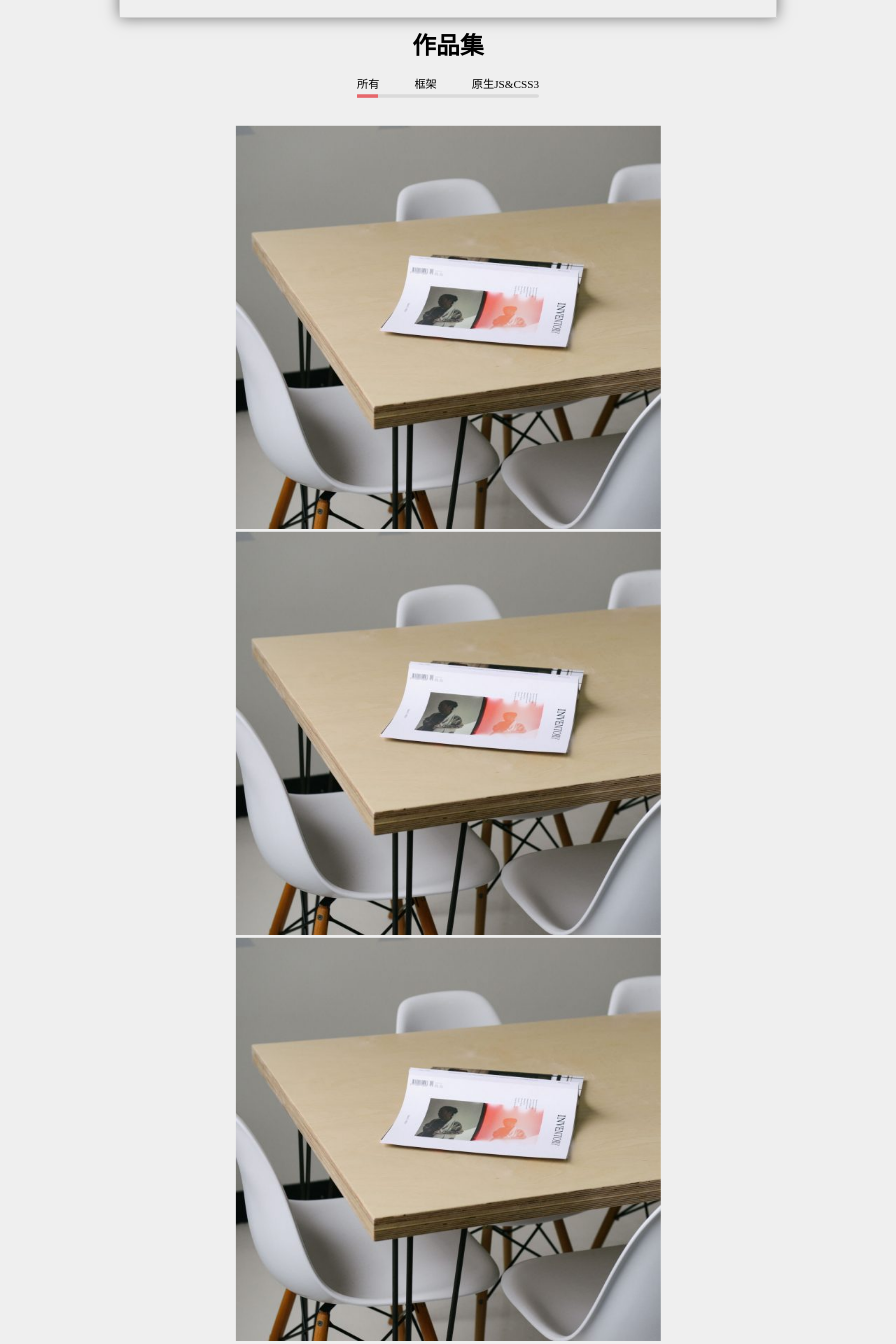
Repository: yorkHan/resume
Page: index.html
The author's editor kept a copy of each file at every save. The page is drawn from the files as they stood at one save, then again after a run of saves.
The browser window is 1280 px wide. The pictures show the part of the page from y = 1204 to 3124 px (the page is 3124 px tall before and 2528 px after), at 70% of full size.

Above is the page before, as saved 2018-04-10 14:00:54.

### index.html
<!DOCTYPE html>
<html lang="en">
<head>
    <meta charset="UTF-8">
    <meta name="viewport" content="width=device-width, initial-scale=1.0">
    <meta http-equiv="X-UA-Compatible" content="ie=edge">
    <title>Document</title>
    <link rel="stylesheet" href="./1.css">
    <script src="//at.alicdn.com/t/font_621912_9r2kl0u76xzb0529.js"></script>
    <style type="text/css">
        .icon {
           width: 1em; height: 1em;
           vertical-align: -0.15em;
           fill: currentColor;
           overflow: hidden;
        }
    </style>
</head>
<body>
    <div class="topNavBar clearfix">
        <div class="topNavBar-inner clearfix">
            <a class="logo" href="#" alt="logo" style="float:left;">
                <span class="rs">York</span><span class="card">H</span>
            </a>
            <nav>
                <ul class="clearfix" style="float: right;">
                    <li><a href="#">关于</a></li>
                    <li><a href="#">技能</a></li>
                    <li><a href="#">作品</a></li>
                    <li><a href="#">博客</a></li>
                    <li><a href="#">日历</a></li>
                    <li><a href="#">联系方式</a></li>
                    <li><a href="#">其他</a></li>
                </ul>
            </nav>
        </div>
    </div>
    <div class="banner" style="background-image: url(./images/3.jpg)">
        <div class="mask"></div>
    </div>
    <main>
        <div class="usercard">
            <div class="textAndPicture clearfix">
                <div class="pic">
                    <img src="./images/avatar.png" style="width:299px;height:347px" alt="头像">
                </div>
                <div class="text">
                    <div class="profile">
                    <span class="welcome">Hello
                        <span class="triangle"></span>
                    </span>
                    <h1>韩禹</h1>
                    <p>Web前端开发工程师</p>
                    <hr>
                    <dl>
                        <dt>年龄</dt>
                        <dd>24</dd>
                        <dt>所在时间</dt>
                        <dd>苏州</dd>
                        <dt>E-mail</dt>
                        <dd>393900482@qq.com</dd>
                        <dt>手机号码</dt>
                        <dd>17315041620</dd>
                    </dl>
                </div>
                </div>
            </div>
            <footer class="media">
                <a href="#">
                    <svg class="icon" aria-hidden="true">
                        <use xlink:href="#icon-github"></use>
                    </svg>
                </a>
                <a href="#">
                    <svg class="icon" aria-hidden="true">
                        <use xlink:href="#icon-dianhua"></use>
                    </svg>
                </a>
                <a href="#">
                    <svg class="icon" aria-hidden="true">
                        <use xlink:href="#icon-youjian"></use>
                    </svg>
                </a>
                <a href="#">
                    <svg class="icon" aria-hidden="true">
                        <use xlink:href="#icon-hexo"></use>
                    </svg>
                </a>
                <a href="#">
                    <svg class="icon" aria-hidden="true">
                        <use xlink:href="#icon-msnui-logo-qq"></use>
                     </svg>
                </a>
                <a href="#">
                    <svg class="icon" aria-hidden="true">
                        <use xlink:href="#icon-gongzhonghao"></use>
                    </svg>
                </a>
                <a href="#">
                    <svg class="icon" aria-hidden="true">
                        <use xlink:href="#icon-weibo"></use>
                    </svg>
                </a>
            </footer>
        </div>
        <p style="text-align: center;">
            <a class="downloadResume" href="./resume.pdf" target="_blank" download>下载PDF简历</a>
        </p>
        <p class="selfIntroduction">
            你好！我是韩禹，我是个Web前端开发工程师。
        </p>
    </main>
    <section class="skills">
        <h2>技能</h2>
        <ol class="clearfix">
            <li>
                <h3>HTML &amp; CSS3</h3>
                <div class="progressBar">
                    <div class="progress" style="width:80%">
                    </div>
                </div>
            </li>
            <li>
                <h3>JavaScript</h3>
                <div class="progressBar">
                        <div class="progress" style="width:80%">
                        </div>
                    </div>
            </li>
            <li>
                <h3>jQuery</h3>
                <div class="progressBar">
                    <div class="progress"style="width:80%">
                    </div>
                </div>
            </li>
            <li>
                <h3> Vue</h3>
                <div class="progressBar">
                    <div class="progress" style="width:80%">
                    </div>
                </div>
            </li>
            <li>
                <h3>React</h3>
                <div class="progressBar">
                    <div class="progress"style="width:80%">
                    </div>
                </div>
            </li>
            <li>
                <h3> HTTP</h3>
                <div class="progressBar">
                    <div class="progress"style="width:50%">
                    </div>
                </div>
            </li>
        </ol>
    </section>
    <section  class="portfolio">
        <h2>作品集</h2>
        <nav>
            <ol class="clearfix">
                <li id="portfolioAll">所有</li>
                <li id="portfolioFramework">框架</li>
                <li id="portfolioValina">原生JS&amp;CSS3</li>
            </ol>
            <div id="bar" class="bar state-1">
                <div class="barInner"></div>
            </div>
        </nav>
        <div class="jobs">
            <div class="big"><img src="./images/big.jpg" alt=""></div>
            <div class='small'><img src="./images/big.jpg" alt=""></div>
            <div class="small"><img src="./images/big.jpg" alt=""></div>
        </div>
    </section>
    <script>
        portfolioAll.onclick=function(){
            bar.className=("bar state-1");
        }
        portfolioFramework.onclick=function(){
            bar.className=("bar state-2");
        }
        portfolioValina.onclick=function(){
            bar.className=("bar state-3");
        }
    </script>
</body>
</html>

### 1.css
body{
    background-color: #EFEFEF;
    margin: 0;
}
*{
    margin: 0;
    padding: 0;
}
h1,h2,h3,h4,h5,h6{
    font-weight: normal;
}
a{
    color: inherit;
    text-decoration: none;
}
.clearfix::after{
    content: '';
    display: block;
    clear: both;
}
.topNavBar{
    padding: 20px 0px 20px 0px;
    position: fixed;
    top:0;
    left:0;
    width:100%;
}
.topNavBar-inner{
    padding: 0 16px;
}
.topNavBar nav>ul{
    list-style: none;
    margin: 0;
    padding: 0;
}
.topNavBar nav>ul>li{
    float: left;

}
.topNavBar nav>ul>li>a{
    display: block;
    font-size: 16px;
    font-weight: bold;
    color:#c1c3c7;
    margin-left: 17px;
    margin-right: 17px;
    padding-top: 5px;
    padding-bottom: 5px;
    border-top:3px solid transparent;
    border-bottom:3px solid transparent;
}
.topNavBar nav>ul>li>a:hover{
    border-bottom:3px solid #E8676B;
}
.topNavBar .logo{
    font-family: "Arial Rounded MT Bold";
    font-size: 30px;
}
.topNavBar .logo .rs{
    margin-right: 4px;
    color:#E8676B;
}
.topNavBar .logo .card {
    color:#c1c3c7;
}
.banner{
    height: 515px;
    background-position: center center;
    background-size:cover;
}
.banner .mask{
    height: 515px;
    background-color: rgba(0, 0, 0, 0.26);
}
.usercard{
    max-width: 940px;
    margin-left: auto;
    margin-right: auto;
    margin-top: -360px;
    box-shadow: 0px 0px 20px 0px rgba(0,0,0,0.75);
}
.text .welcome{
    padding: 4px 16px;
    line-height: 22px;
    display: inline-block;
    background-color: #E8676B;
    color: white;
    position: relative;
}
.text h1{
    margin-top:18px;
    font-family: sans-serif;
}
hr{
    height: 0;
    border:none;
    border-top: 1px solid #DEDEDE;
}

.triangle{
    display: block;
    border: 10px solid transparent;
    width: 0;
    border-left-color:#E8676B;
    border-top:0;
    position: absolute;
    top:100%;
}
.usercard .pic{
    float: left;
}
.usercard .text{
    float: left;
    margin-left: 65px;
    width: 470px;
}
.usercard .text hr{
    margin: 20px 0px;
}
.usercard footer.media {
    background: #E8676B;
    padding: 20px;
    text-align: center;
}
.usercard footer.media>a {
    display: inline-block;
    border-radius: 50%;
    width: 40px;
    line-height: 20px;
    padding: 10px 0;
    margin: 0 20px;
}
.usercard footer.media>a:hover{
    background: rgb(223, 51, 56);
}
.usercard svg{
    width: 20px;
    height: 20px;
    fill: white;
    vertical-align: top;
}
.textAndPicture{
    background-color: #FFF;
    padding: 50px;
}
.usercard dl dt{
    float: left;
    width: 40%;
    padding: 5px 0;
    font-weight: bold;
    font-family: sans-serif;
}
.usercard dl dd{
    float: left;
    width: 60%;
    padding: 5px 0;
    color: gray;
}
body>main .downloadResume{
    display: inline-block;
    border: 1px solid rgba(128, 128, 128, 0.438);
    padding: 20px 40px;
    margin: 30px 0;
    border-radius: 3px;
    color: rgba(71, 37, 37, 0.575);
    font-size: 14px;
    font-weight: bold;
    transition: box-shadow 0.2s;
}
body>main .downloadResume:hover{
    box-shadow: 0px 5px 10px -1px rgba(0,0,0,0.5);}
.selfIntroduction{
    max-width: 940px;
    margin: 40px auto;
    text-align: center;
    font-family: WenQuanYi Micro Hei Mono;
    line-height: 1.8;
    font-size: 18px;
}
section.skills{
    max-width: 940px;
    margin-left: auto;
    margin-right: auto;
}
section.portfolio>h2,
section.skills>h2{
    font-size:34px;
    line-height: 1.2;
    font-weight:600;
    text-align: center;
    margin: 20px 0px;
}
section.skills h3{
    font-size: 14px;
}
section.skills>ol{
    box-shadow: 0px 0px 20px 0px rgba(0, 0, 0, 0.514);
    list-style: none;
    border: 1px solid rgba(128, 128, 128, 0.397);
    padding: 42px 50px 10px 50px;
}
section.skills>ol>li{
    float: left;
    width: 48%;
    box-sizing: border-box;
}
section.skills>ol>li:nth-child(even){
    float: right;
}
section.skills .progressBar{
    height: 5px;
    background-color: rgba(128, 128, 128, 0.192);
    border-radius: 3px;
    margin: 4px 0 40px 0;
}
section.skills .progressBar .progress{
    height: 100%;
    width: 50%;
    background-color: #E8676B;
}
section.portfolio{
    max-width: 940px;
    margin-left: auto;
    margin-right: auto;
    text-align: center;

}
section.portfolio ol>li{
    float: left;
    margin-right: 50px;
    cursor: pointer;
}
section.portfolio ol>li:last-child{
    margin-right: 0px;
}
section.portfolio>nav{
    display:inline-block;
}
section.portfolio ol{
    display: inline-block;
    vertical-align: top;
    list-style: none;
}
section.portfolio>nav .bar{
    height: 5px;
    background-color: rgba(128, 128, 128, 0.192);
    border-radius: 3px;
    margin: 4px 0 40px 0;
}
section.portfolio>nav .bar .barInner{
    height: 100%;
    background-color: #E8676B;
    transition: all 1s;
}
section.portfolio>nav .bar.state-1 .barInner{
    width: 30px;
    margin-left: 0;
}
section.portfolio>nav .bar.state-2 .barInner{
    width: 50px;
    margin-left: 75px;
}
section.portfolio>nav .bar.state-3 .barInner{
    width: 95px;
    margin-left: 165px;
}

After the next 2 saves:
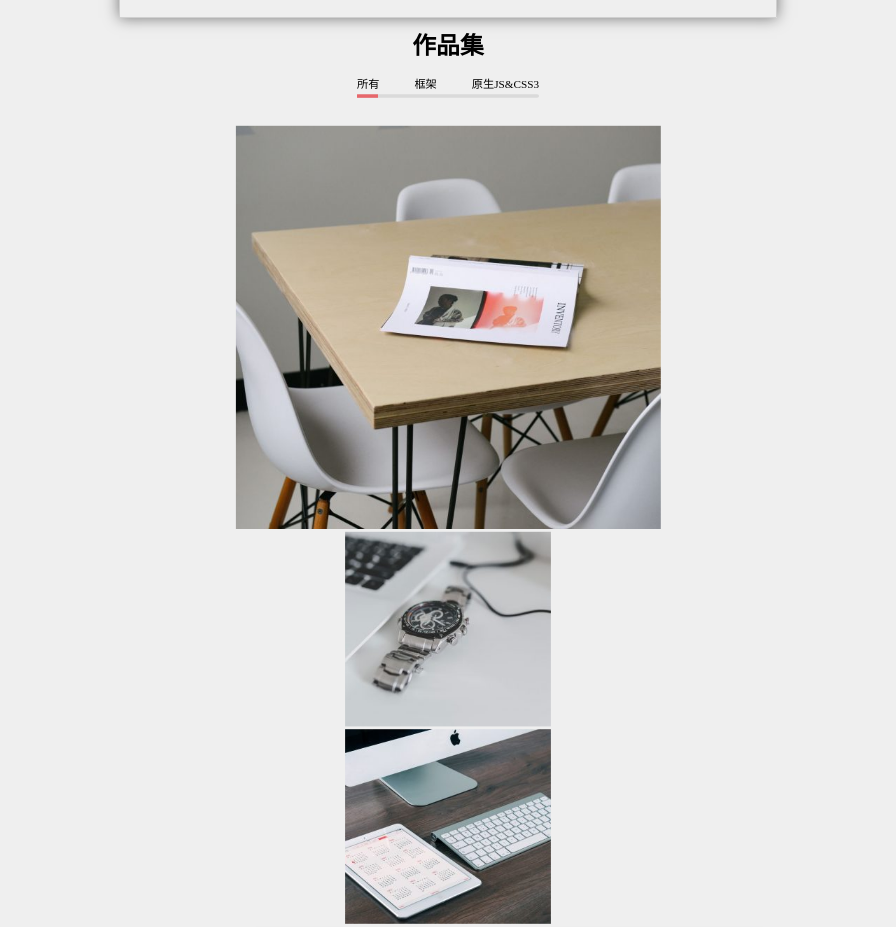
The 2 saves are shown as one change because they came seconds apart.
The last was saved 8 s later.
--- a/index.html
+++ b/index.html
@@ -171,8 +171,8 @@
         </nav>
         <div class="jobs">
             <div class="big"><img src="./images/big.jpg" alt=""></div>
-            <div class='small'><img src="./images/big.jpg" alt=""></div>
-            <div class="small"><img src="./images/big.jpg" alt=""></div>
+            <div class='small'><img src="./images/small1.jpg" alt=""></div>
+            <div class="small"><img src="./images/small2.jpg" alt=""></div>
         </div>
     </section>
     <script>
